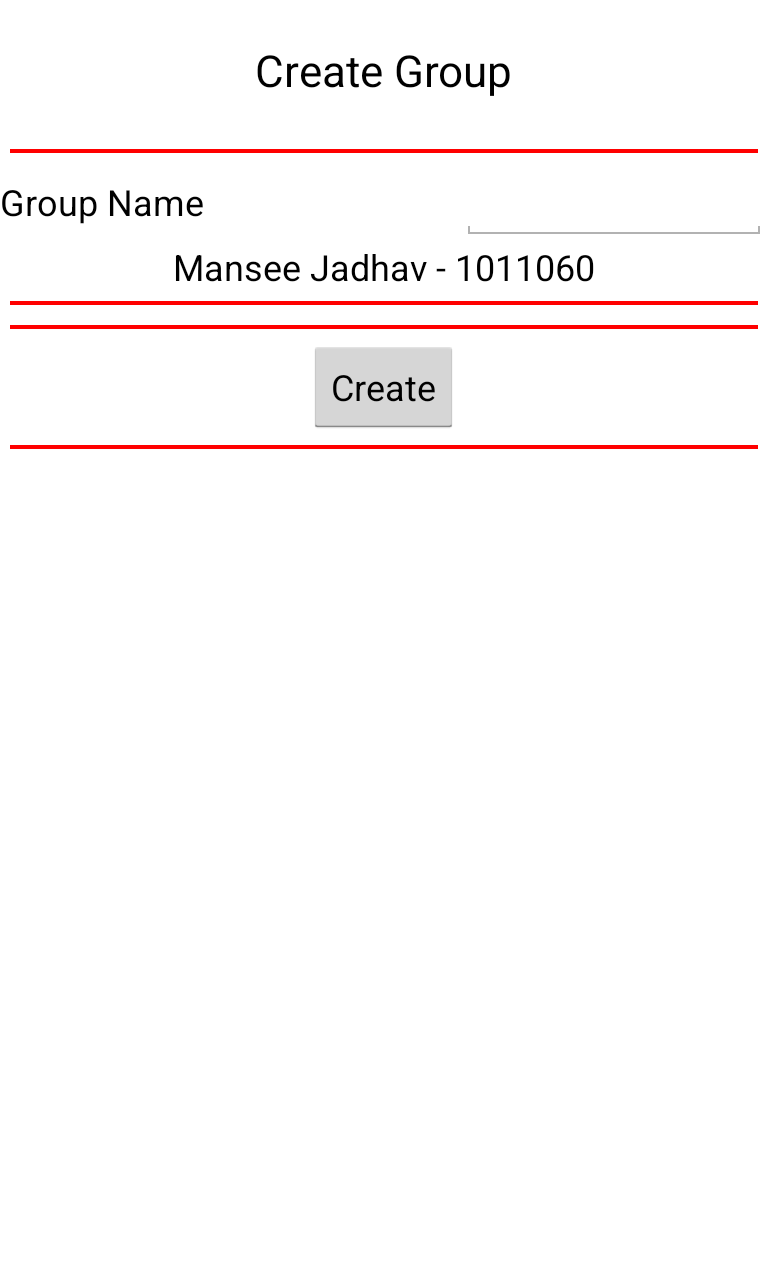
Repository: mansee8/Emergency-Service-Information-Provider
Layout: Emergency Service Information Provider/ESIP/ESIP/res/layout/create_group.xml
The author's editor kept a copy of each file at every save. The layout is drawn from the files as they stood at one save, then again after the next save.
It is drawn on a 768 x 1280 px phone screen (xhdpi) without system bars, with theme AppTheme; the app's code is not run.

Above is the layout before, as saved 2014-02-27 07:36:46.

After the next save:
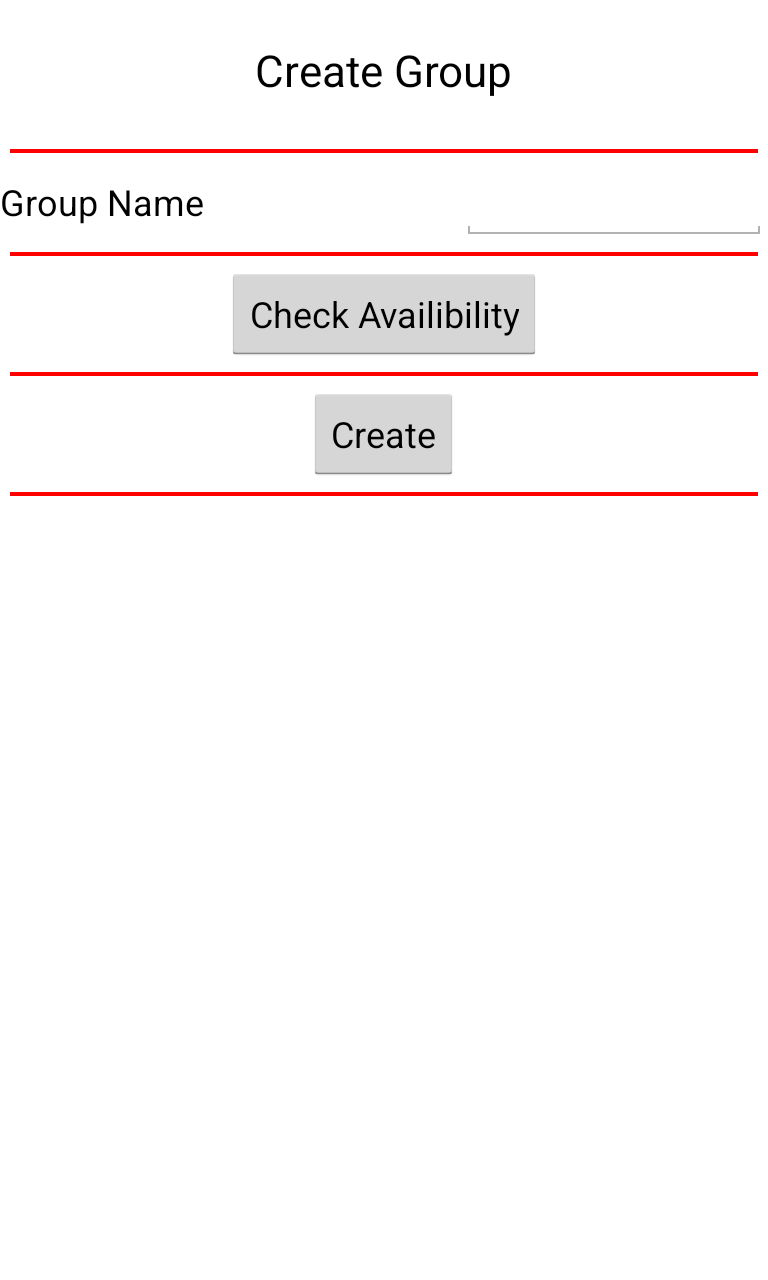
Saved 51 s later.
--- a/Emergency Service Information Provider/ESIP/ESIP/res/layout/create_group.xml
+++ b/Emergency Service Information Provider/ESIP/ESIP/res/layout/create_group.xml
@@ -37,18 +37,17 @@
             android:layout_weight="1" />
     </LinearLayout>
 
-    <TextView
-        android:id="@+id/textView6"
-        android:layout_width="wrap_content"
-        android:layout_height="wrap_content"
-        android:text="Mansee Jadhav - 1011060"
-        android:textAppearance="?android:attr/textAppearanceMedium" />
-
     <View
         android:layout_width="fill_parent"
         android:layout_height="2dp"
         android:layout_margin="5dp"
         android:background="#ff0000" />
+
+    <Button
+        android:id="@+id/button1"
+        android:layout_width="wrap_content"
+        android:layout_height="wrap_content"
+        android:text="Check Availibility" />
 
     <View
         android:layout_width="fill_parent"
